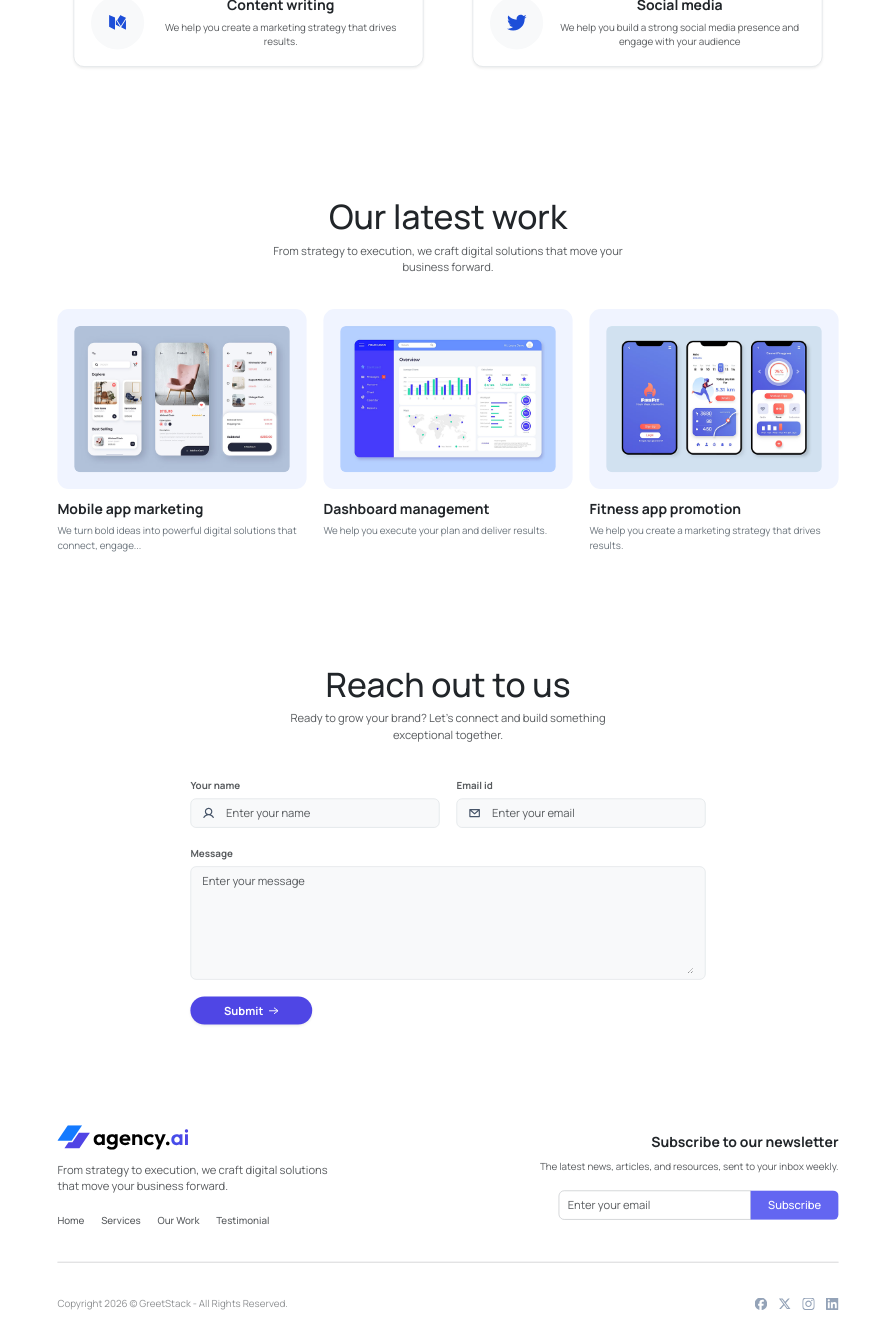
Repository: RAMADAN975/modern-agency-portfolio
Page: /
These files come from the project's save history. The page is drawn as it stood at one moment and after the next save; the edit follows.
The browser window is 1280 px wide. The pictures show the part of the page from y = 1682 to 3602 px (the page is 3602 px tall before and 3547 px after), at 70% of full size.
The project was rebuilt for these pictures with package versions that can differ from the ones it lists, and the page was loaded fresh each time. Also part of the build but not shown: vite.config.js.

Above is the page before, as saved 2026-03-24 23:29:54.

### index.html
<!doctype html>
<html lang="en" class="scroll-smooth">

<head>
  <meta charset="UTF-8" />
  <link rel="icon" type="image/svg+xml" href="/favicon.svg" />
  <meta name="viewport" content="width=device-width, initial-scale=1.0" />
  <title>Agency.AI - GreatStack</title>
</head>

<body>
  <div id="root"></div>
  <script type="module" src="/src/main.jsx"></script>
</body>

</html>

### src/main.jsx
import { StrictMode } from 'react'
import { createRoot } from 'react-dom/client'
import 'bootstrap/dist/css/bootstrap.min.css';
import './index.css'
import App from './App.jsx'

createRoot(document.getElementById('root')).render(
  <StrictMode>
    <App />
  </StrictMode>,
)

### src/App.jsx
import { useState } from 'react'
import Navbar from './Components/navbar'
import Hero from './Components/Hero'
import TrustedBy from './Components/TrustedBy'
import Services from './Components/Services'
import OutWork from './Components/OurWork'
import ContactUs from './Components/ContactUs'
import { Toaster } from 'react-hot-toast'
import Footer from './Components/Footer'

const App = () => {

  const [theme, setTheme] = useState(localStorage.getItem('theme') ? localStorage.getItem('theme') : 'light')

  return (
    <div className='dark:bg-black relative'>
      <Toaster />
      <Navbar theme={theme} setTheme={setTheme} />
      <Hero />
      <TrustedBy />
      <Services />
      <OutWork />
      <ContactUs />
      <Footer theme={theme} />
    </div>
  )
}

export default App

### src/Components/Hero.jsx
import React from 'react'
import assets from '../assets/assets'

const Hero = () => {
    return (
        // تم استخدام d-flex flex-column للترتيب، و py-5 للمسافات
        <div id='hero' className="d-flex flex-column align-items-center gap-4 py-5 px-3 text-center w-100 overflow-hidden text-secondary">

            {/* الشارة العليا - Trusted Badge */}
            <div className="d-inline-flex align-items-center gap-2 border border-secondary-subtle p-1 pe-3 rounded-pill bg-body">
                <img style={{ width: '80px' }} src={assets.group_profile} alt="" />
                <p className="mb-0 small fw-medium">Trusted by 10k+ people</p>
            </div>

            {/* العنوان الرئيسي - Heading */}
            <h1 className="display-4 fw-bold lh-sm mt-3" style={{ maxWidth: '800px' }}>
                Turning imagination into <br />
                <span className="text-gradient">digital</span> impact.
            </h1>

            {/* الوصف - Description */}
            <p className="text-secondary fw-medium mx-auto pb-3" style={{ maxWidth: '500px', fontSize: '1.1rem' }}>
                Creating meaningful connections and turning big ideas into interactive digital experiences.
            </p>

            {/* منطقة الصور - Image Section */}
            <div className="position-relative w-100 d-flex justify-content-center">
                {/* الصورة الأساسية */}
                <img src={assets.hero_img} alt="Hero" className="img-fluid position-relative z-1" style={{ maxWidth: '1000px' }} />

                {/* الصورة الزرقاء (الخلفية) - تم استخدام اختصارات الموضع */}
                {/* <img
                    src={assets.bgImage1}
                    alt=""
                    className="position-absolute top-0 end-0 translate-middle-y z-n1 d-none d-md-block"
                    style={{ width: '50%', opacity: 0.6, right: '-10%', pointerEvents: 'none' }}
                /> */}
            </div>

        </div>
    )
}

export default Hero

### src/Components/TrustedBy.jsx
import React from 'react'
import { company_logos } from '../assets/assets'

const TrustedBy = () => {
    return (
        <div className="container text-center py-5 mt-4">
            {/* p-small و fw-medium لاختصار العنوان */}
            <p className="text-secondary mb-5" style={{ fontSize: '14px', letterSpacing: '0.5px' }}>
                Trusted by Leading Companies
            </p>

            {/* d-flex مع gap-5 لتوزيع الشعارات بوضوح وقوة لون كاملة */}
            <div className="d-flex flex-wrap justify-content-center align-items-center gap-4 gap-md-5">
                {company_logos.map((logo, index) => (
                    <img
                        key={index}
                        src={logo}
                        alt="brand"
                        style={{ height: '22px', width: 'auto', objectFit: 'contain' }}
                    />
                ))}
            </div>
        </div>
    )
}

export default TrustedBy

### src/Components/Services.jsx
import React from 'react'
import assets from '../assets/assets'
import Title from './Title'
import ServiceCard from './ServiceCard'

const Services = () => {

    const servicesData = [
        {
            title: 'Advertising',
            description: 'We turn bold ideas into powerful digital solutions that connect, engage...',
            icon: assets.ads_icon
        },
        {
            title: 'Content marketing',
            description: 'We help you execute your plan and deliver results.',
            icon: assets.marketing_icon
        },
        {
            title: 'Content writing',
            description: 'We help you create a marketing strategy that drives results.',
            icon: assets.content_icon
        },
        {
            title: 'Social media',
            description: 'We help you build a strong social media presence and engage with your audience',
            icon: assets.social_icon
        },
    ]

    return (
        <div id="services" className="position-relative text-center text-dark py-5">

            {/* <img
                src={assets.bgImage2}
                alt=""
                className="position-absolute top-50 start-50 translate-middle bg-image"
                style={{ zIndex: -1 }}
            /> */}

            <div className="container">

                <Title
                    title="How can we help?"
                    desc="From strategy to execution, we craft digital solutions that move your business forward."
                />

                <div className="row justify-content-center mt-4">
                    {servicesData.map((service, index) => (
                        <div key={index} className="col-12 col-md-6 mb-4">
                            <ServiceCard service={service} index={index} />
                        </div>
                    ))}
                </div>

            </div>
        </div>
    )
}

export default Services

### src/Components/Footer.jsx
import React from 'react'
import assets from '../assets/assets'

const Footer = ({ theme }) => {
    return (
        <div className={`container-fluid py-5 mt-5 ${theme === 'dark' ? 'bg-dark text-white' : 'bg-white text-dark'}`}>
            <div className="container">
                {/* الجزء العلوي - Footer Top - استخدام Grid و Flexbox */}
                <div className="row gy-5 align-items-center">

                    {/* الجهة اليسرى: اللوجو والروابط */}
                    <div className="col-md-6 text-start">
                        {/* استخدام theme لتغيير اللوجو تلقائياً */}
                        <img
                            src={theme === 'dark' ? assets.logo_dark : assets.logo}
                            className="mb-3"
                            alt="GreetStack Logo"
                            style={{ height: '35px' }}
                        />
                        <p className="opacity-75 mb-4" style={{ maxWidth: '400px' }}>
                            From strategy to execution, we craft digital solutions that move your business forward.
                        </p>

                        {/* ترتيب الروابط بجانب بعضها */}
                        <ul className="list-unstyled d-flex gap-4 mb-0">
                            <li><a className="text-decoration-none text-reset opacity-75 small fw-medium" href="#hero">Home</a></li>
                            <li><a className="text-decoration-none text-reset opacity-75 small fw-medium" href="#services">Services</a></li>
                            <li><a className="text-decoration-none text-reset opacity-75 small fw-medium" href="#our-work">Our Work</a></li>
                            <li><a className="text-decoration-none text-reset opacity-75 small fw-medium" href="#testimonials">Testimonial</a></li>
                        </ul>
                    </div>

                    {/* الجهة اليمنى: الاشتراك (التركيز على حل المشكلة) */}
                    <div className="col-md-6 text-md-end text-start">
                        <div className="d-flex flex-column align-items-md-end align-items-start gap-2">
                            <h5 className="fw-bold mb-1">Subscribe to our newsletter</h5>
                            <p className="opacity-75 mb-3 small">The latest news, articles, and resources, sent to your inbox weekly.</p>

                            {/* حقل الإدخال والزر مدمجين */}
                            <div className="input-group" style={{ maxWidth: '400px' }}>
                                <input
                                    type="email"
                                    placeholder="Enter your email"
                                    className={`form-control border-secondary-subtle py-2 shadow-none ${theme === 'dark' ? 'bg-transparent text-white' : ''}`}
                                    style={{ borderRadius: '8px 0 0 8px' }}
                                />
                                <button
                                    className="btn px-4 fw-medium text-white"
                                    style={{ backgroundColor: '#6366f1', borderRadius: '0 8px 8px 0' }}
                                >
                                    Subscribe
                                </button>
                            </div>
                        </div>
                    </div>
                </div>

                {/* الخط الفاصل */}
                <hr className="my-5 opacity-25" />

                {/* الجزء السفلي - Footer Bottom */}
                <div className="d-flex flex-column flex-md-row justify-content-between align-items-center gap-3">
                    <p className="small opacity-50 mb-0">
                        Copyright 2026 © GreetStack - All Rights Reserved.
                    </p>

                    {/* أيقونات السوشيال */}
                    <div className="d-flex gap-3 social-icons">
                        <img src={assets.facebook_icon} alt="Facebook" className="opacity-75" style={{ width: '18px', cursor: 'pointer', filter: theme === 'dark' ? 'brightness(0) invert(1)' : 'grayscale(1)' }} />
                        <img src={assets.twitter_icon} alt="Twitter" className="opacity-75" style={{ width: '18px', cursor: 'pointer', filter: theme === 'dark' ? 'brightness(0) invert(1)' : 'grayscale(1)' }} />
                        <img src={assets.instagram_icon} alt="Instagram" className="opacity-75" style={{ width: '18px', cursor: 'pointer', filter: theme === 'dark' ? 'brightness(0) invert(1)' : 'grayscale(1)' }} />
                        <img src={assets.linkedin_icon} alt="LinkedIn" className="opacity-75" style={{ width: '18px', cursor: 'pointer', filter: theme === 'dark' ? 'brightness(0) invert(1)' : 'grayscale(1)' }} />
                    </div>
                </div>
            </div>
        </div>
    )
}

export default Footer

### src/Components/ThemeToggleBtn.jsx
import { useEffect } from 'react'
import assets from '../assets/assets'

const ThemeToggleBtn = ({ theme, setTheme }) => {

    useEffect(() => {
        // التحقق من التفضيل المحفوظ أو تفضيل النظام
        const savedTheme = localStorage.getItem('theme');
        const prefersDarkMode = window.matchMedia('(prefers-color-scheme: dark)').matches;

        const initialTheme = savedTheme || (prefersDarkMode ? 'dark' : 'light');
        setTheme(initialTheme);
    }, []);

    useEffect(() => {
        if (theme) {
            // بوتستراب v5.3 يعتمد على سمة data-bs-theme بدلاً من كلاس dark
            document.documentElement.setAttribute('data-bs-theme', theme);

            // للحفاظ على التوافق مع أي تنسيقات قديمة تعتمد على الكلاس
            if (theme === 'dark') {
                document.documentElement.classList.add('dark');
            } else {
                document.documentElement.classList.remove('dark');
            }

            localStorage.setItem('theme', theme);
        }
    }, [theme]);

    return (
        <button className="btn p-0 border-0 shadow-none" type="button">
            {theme === 'dark' ? (
                <img
                    onClick={() => setTheme('light')}
                    src={assets.sun_icon}
                    className="border border-secondary rounded-circle p-1"
                    style={{ width: '34px', height: '34px', objectFit: 'contain' }}
                    alt="Light Mode"
                />
            ) : (
                <img
                    onClick={() => setTheme('dark')}
                    src={assets.moon_icon}
                    className="border border-secondary rounded-circle p-1"
                    style={{ width: '34px', height: '34px', objectFit: 'contain' }}
                    alt="Dark Mode"
                />
            )}
        </button>
    )
}

export default ThemeToggleBtn;

### src/Components/Title.jsx
import React from 'react'

const Title = ({ title, desc }) => {
    return (
        <div className="text-center">
            <h2 className="fw-medium display-5">{title}</h2>
            <p className="mx-auto text-muted mb-4" style={{ maxWidth: "500px" }}>
                {desc}
            </p>
        </div>
    )
}

export default Title

Loaded but not shown: src/assets/assets.js (82 lines, source omitted); src/Components/ContactUs.jsx (77 lines, source omitted); src/index.css (139 lines, source omitted); src/Components/navbar.jsx (57 lines, source omitted); src/Components/OurWork.jsx (62 lines, source omitted); src/Components/ServiceCard.jsx (65 lines, source omitted)

After the next save:
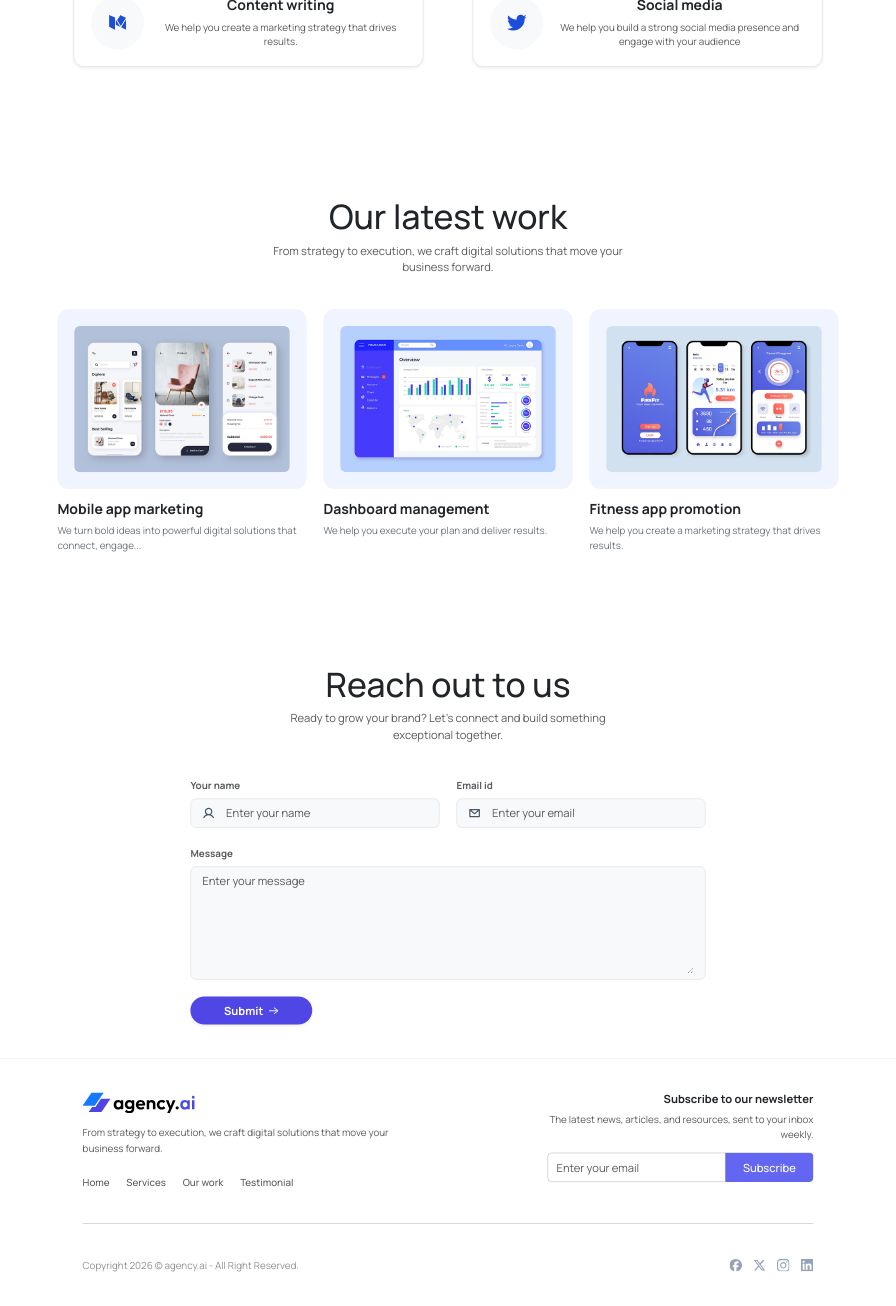
Saved 2 min 42 s later.
--- a/src/Components/Footer.jsx
+++ b/src/Components/Footer.jsx
@@ -2,51 +2,50 @@
 import assets from '../assets/assets'
 
 const Footer = ({ theme }) => {
+    const isDark = theme === 'dark';
+
     return (
-        <div className={`container-fluid py-5 mt-5 ${theme === 'dark' ? 'bg-dark text-white' : 'bg-white text-dark'}`}>
-            <div className="container">
-                {/* الجزء العلوي - Footer Top - استخدام Grid و Flexbox */}
-                <div className="row gy-5 align-items-center">
+        <div className={`container-fluid py-5 ${isDark ? 'bg-dark text-white' : 'bg-white text-dark'}`} style={{ borderTop: '1px solid #eee' }}>
+            <div className="container px-md-5">
+                <div className="row gy-4 align-items-start">
 
-                    {/* الجهة اليسرى: اللوجو والروابط */}
-                    <div className="col-md-6 text-start">
-                        {/* استخدام theme لتغيير اللوجو تلقائياً */}
+                    {/* القسم الأيسر: اللوجو والوصف والروابط */}
+                    <div className="col-lg-7 text-start">
                         <img
-                            src={theme === 'dark' ? assets.logo_dark : assets.logo}
+                            src={isDark ? assets.logo_dark : assets.logo}
+                            alt="logo"
                             className="mb-3"
-                            alt="GreetStack Logo"
-                            style={{ height: '35px' }}
+                            style={{ height: '30px' }}
                         />
-                        <p className="opacity-75 mb-4" style={{ maxWidth: '400px' }}>
+                        <p className="opacity-75 mb-4" style={{ maxWidth: '450px', fontSize: '14px', lineHeight: '1.6' }}>
                             From strategy to execution, we craft digital solutions that move your business forward.
                         </p>
 
-                        {/* ترتيب الروابط بجانب بعضها */}
+                        {/* الروابط: تباعد متوازن كما في الصورة */}
                         <ul className="list-unstyled d-flex gap-4 mb-0">
-                            <li><a className="text-decoration-none text-reset opacity-75 small fw-medium" href="#hero">Home</a></li>
-                            <li><a className="text-decoration-none text-reset opacity-75 small fw-medium" href="#services">Services</a></li>
-                            <li><a className="text-decoration-none text-reset opacity-75 small fw-medium" href="#our-work">Our Work</a></li>
-                            <li><a className="text-decoration-none text-reset opacity-75 small fw-medium" href="#testimonials">Testimonial</a></li>
+                            <li><a href="#home" className="text-decoration-none text-reset opacity-75 small fw-medium">Home</a></li>
+                            <li><a href="#services" className="text-decoration-none text-reset opacity-75 small fw-medium">Services</a></li>
+                            <li><a href="#work" className="text-decoration-none text-reset opacity-75 small fw-medium">Our work</a></li>
+                            <li><a href="#testimonial" className="text-decoration-none text-reset opacity-75 small fw-medium">Testimonial</a></li>
                         </ul>
                     </div>
 
-                    {/* الجهة اليمنى: الاشتراك (التركيز على حل المشكلة) */}
-                    <div className="col-md-6 text-md-end text-start">
-                        <div className="d-flex flex-column align-items-md-end align-items-start gap-2">
-                            <h5 className="fw-bold mb-1">Subscribe to our newsletter</h5>
-                            <p className="opacity-75 mb-3 small">The latest news, articles, and resources, sent to your inbox weekly.</p>
+                    {/* القسم الأيمن: حقل الاشتراك (مطابق للصورة تماماً) */}
+                    <div className="col-lg-5 text-md-end text-start">
+                        <h6 className="fw-bold mb-2">Subscribe to our newsletter</h6>
+                        <p className="opacity-75 small mb-3">The latest news, articles, and resources, sent to your inbox weekly.</p>
 
-                            {/* حقل الإدخال والزر مدمجين */}
-                            <div className="input-group" style={{ maxWidth: '400px' }}>
+                        <div className="d-flex justify-content-md-end">
+                            <div className="input-group" style={{ maxWidth: '380px' }}>
                                 <input
                                     type="email"
                                     placeholder="Enter your email"
-                                    className={`form-control border-secondary-subtle py-2 shadow-none ${theme === 'dark' ? 'bg-transparent text-white' : ''}`}
-                                    style={{ borderRadius: '8px 0 0 8px' }}
+                                    className={`form-control shadow-none border-secondary-subtle py-2 ${isDark ? 'bg-transparent text-white' : ''}`}
+                                    style={{ borderRadius: '6px 0 0 6px' }}
                                 />
                                 <button
-                                    className="btn px-4 fw-medium text-white"
-                                    style={{ backgroundColor: '#6366f1', borderRadius: '0 8px 8px 0' }}
+                                    className="btn px-4 text-white fw-medium"
+                                    style={{ backgroundColor: '#6366f1', borderRadius: '0 6px 6px 0' }}
                                 >
                                     Subscribe
                                 </button>
@@ -55,21 +54,20 @@
                     </div>
                 </div>
 
-                {/* الخط الفاصل */}
+                {/* الخط الفاصل السفلي */}
                 <hr className="my-5 opacity-25" />
 
-                {/* الجزء السفلي - Footer Bottom */}
+                {/* الجزء السفلي: الحقوق وأيقونات التواصل */}
                 <div className="d-flex flex-column flex-md-row justify-content-between align-items-center gap-3">
                     <p className="small opacity-50 mb-0">
-                        Copyright 2026 © GreetStack - All Rights Reserved.
+                        Copyright 2026 © agency.ai - All Right Reserved.
                     </p>
 
-                    {/* أيقونات السوشيال */}
-                    <div className="d-flex gap-3 social-icons">
-                        <img src={assets.facebook_icon} alt="Facebook" className="opacity-75" style={{ width: '18px', cursor: 'pointer', filter: theme === 'dark' ? 'brightness(0) invert(1)' : 'grayscale(1)' }} />
-                        <img src={assets.twitter_icon} alt="Twitter" className="opacity-75" style={{ width: '18px', cursor: 'pointer', filter: theme === 'dark' ? 'brightness(0) invert(1)' : 'grayscale(1)' }} />
-                        <img src={assets.instagram_icon} alt="Instagram" className="opacity-75" style={{ width: '18px', cursor: 'pointer', filter: theme === 'dark' ? 'brightness(0) invert(1)' : 'grayscale(1)' }} />
-                        <img src={assets.linkedin_icon} alt="LinkedIn" className="opacity-75" style={{ width: '18px', cursor: 'pointer', filter: theme === 'dark' ? 'brightness(0) invert(1)' : 'grayscale(1)' }} />
+                    <div className="d-flex gap-3 align-items-center">
+                        <img src={assets.facebook_icon} alt="FB" style={{ width: '18px', opacity: '0.6' }} />
+                        <img src={assets.twitter_icon} alt="TW" style={{ width: '18px', opacity: '0.6' }} />
+                        <img src={assets.instagram_icon} alt="IG" style={{ width: '18px', opacity: '0.6' }} />
+                        <img src={assets.linkedin_icon} alt="IN" style={{ width: '18px', opacity: '0.6' }} />
                     </div>
                 </div>
             </div>
@@ -77,4 +75,4 @@
     )
 }
 
-export default Footer
+export default Footer;
